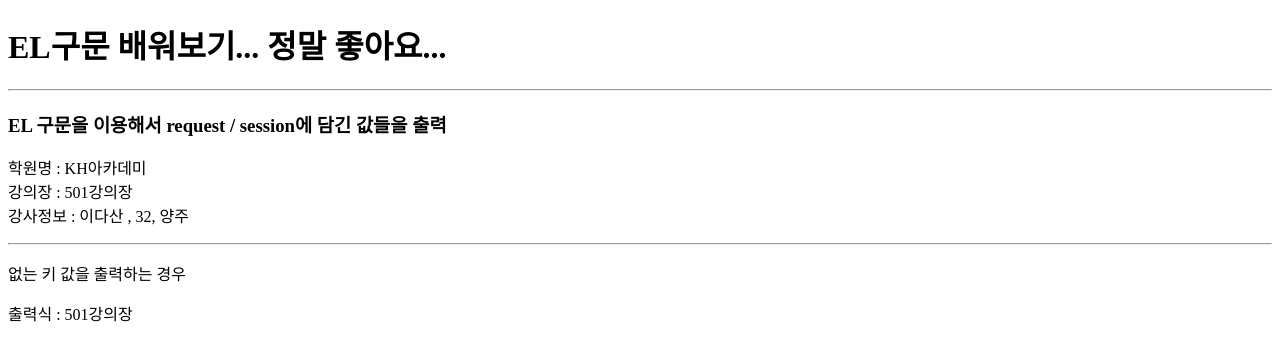
Repository: ham-zi/front-practice
Page: http://localhost/ActionProject/el.do
An editor plug-in stored every save of this project. The page is shown before and after the next save, followed by the edit.
The browser window is 1280 px wide. The pictures show the whole page.
The page is served by Tomcat 9.

Above is the page before, as saved 2026-05-06 06:06:37.

After the next save:
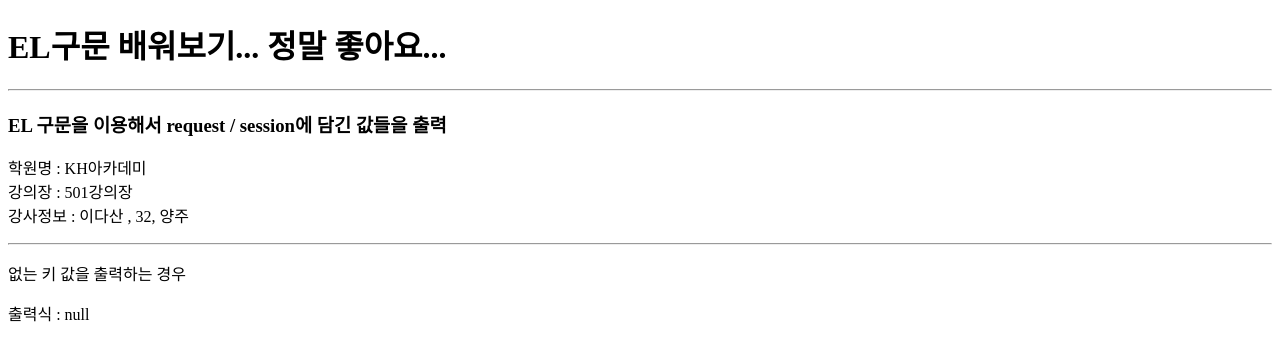
Saved 38 s later.
--- a/dynamic-workspace/ActionProject/src/main/webapp/WEB-INF/views/01_el.jsp
+++ b/dynamic-workspace/ActionProject/src/main/webapp/WEB-INF/views/01_el.jsp
@@ -76,7 +76,7 @@
 
 	 <p>없는 키 값을 출력하는 경우</p>
 
-	<p> 출력식 : <%= request.getAttribute("classRoom") %></p>
+	<p> 출력식 : <%= request.getAttribute("classRom") %></p>
 
 
 
